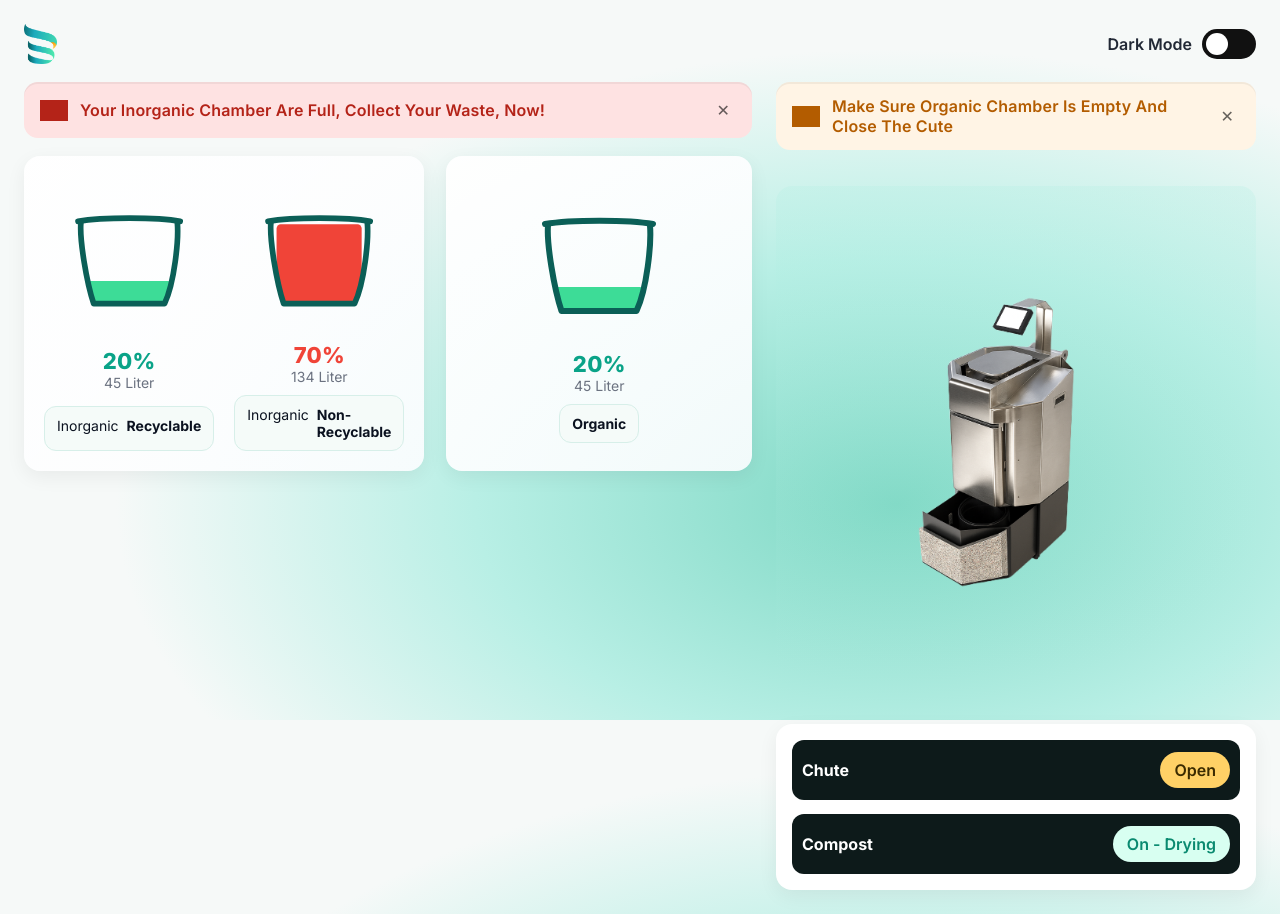
Repository: william-saputra/nusabin
Page: pages/homepage.html
The author's editor kept a copy of each file at every save. The page is drawn from the files as they stood at one save, then again after the next save.
The browser window is 1280 px wide. The pictures show the whole page.
Pictures or frames that could not be fetched are drawn as grey boxes. Backgrounds fixed to the window are drawn as part of the page.

Above is the page before, as saved 2025-08-12 22:47:13.

After the next save:
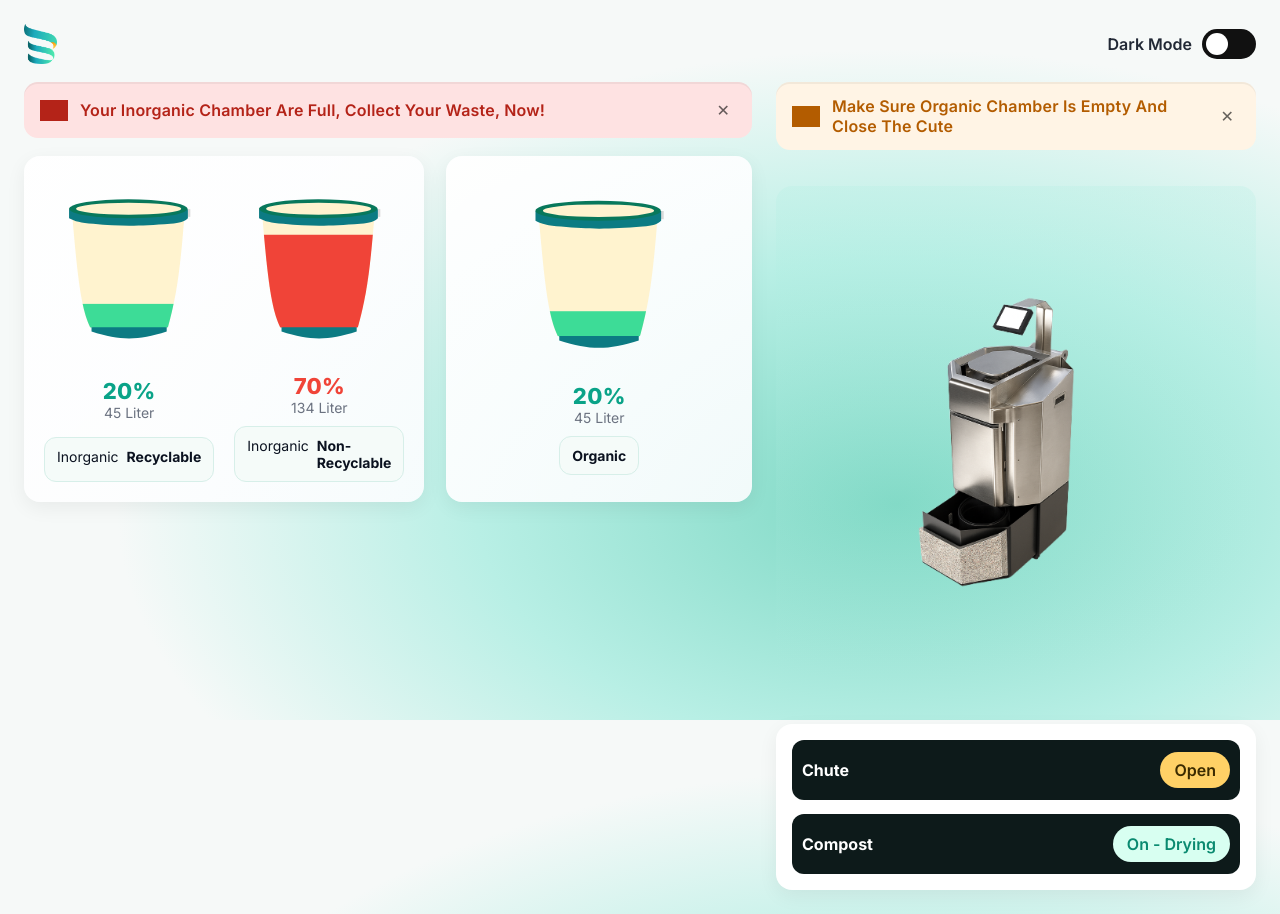
Saved 11 min 44 s later.
--- a/pages/homepage.html
+++ b/pages/homepage.html
@@ -39,18 +39,20 @@
           <div class="card card-buckets">
             <div class="bucket-group">
               <div class="bucket-item" data-id="inorganic_recyclable">
-                <svg class="bucket-svg" viewBox="0 0 240 220" aria-labelledby="title-ir" role="img">
+                <svg class="bucket-svg" viewBox="0 0 197 216" aria-labelledby="title-ir" role="img">
                   <title id="title-ir">Inorganic Recyclable</title>
                   <defs>
                     <clipPath id="cupShape-inorganic_recyclable">
-                      <path d="M52 66 C50 90 60 150 70 180 L170 180 C184 150 190 90 188 66 C160 62 120 58 52 66 Z" />
+                      <path d="M53.3367 175.048C43.8761 154.841 39.492 126.346 33.0561 49.7143L162.041 52.148C157.42 108.314 153.879 136.877 143.383 175.048C107.592 183.612 87.9058 183.201 53.3367 175.048Z" />
                     </clipPath>
                   </defs>
-                  <rect id="cupFill-inorganic_recyclable" x="60" y="180" width="120" height="0" clip-path="url(#cupShape-inorganic_recyclable)" rx="6" ry="6" />
-                  <g class="bucket-static" fill="none" stroke="#0b5f57" stroke-width="8" stroke-linecap="round" stroke-linejoin="round">
-                    <path d="M52 66 C50 90 60 150 70 180 L170 180 C184 150 190 90 188 66" />
-                    <path d="M48 64 C82 58 160 58 192 64" />
-                  </g>
+                  <path d="M53.3367 175.048C43.8761 154.841 39.492 126.346 33.0561 49.7143L162.041 52.148C157.42 108.314 153.879 136.877 143.383 175.048C107.592 183.612 87.9058 183.201 53.3367 175.048Z" fill="#FFF3CF" />
+                  <rect id="cupFill-inorganic_recyclable" x="0" y="175" width="197" height="0" clip-path="url(#cupShape-inorganic_recyclable)" />
+                  <path d="M55 179.937V175H142V179.937C107.725 190.783 88.6686 190.592 55 179.937Z" fill="#0C7B83" />
+                  <rect x="166.097" y="38.3571" width="3.2449" height="8.92347" fill="#D9D9D9" />
+                  <path d="M29 48.9031V38.3571H166.503V48.9031C162.244 52.8888 157.731 54.2809 146.222 55.3929C109.605 58.2432 89.8065 58.6723 56.9872 55.3929C42.0852 54.0832 36.1288 52.6188 29 48.9031Z" fill="#0C7B83" />
+                  <ellipse cx="97.5485" cy="37.9515" rx="68.5485" ry="10.9515" fill="#08785B" />
+                  <ellipse cx="97.9541" cy="37.9515" rx="60.8418" ry="6.89541" fill="#FFF3CF" />
                 </svg>
                 <div class="bucket-metrics">
                   <div class="percent" data-percent>0%</div>
@@ -60,18 +62,20 @@
               </div>
 
               <div class="bucket-item" data-id="inorganic_non_recyclable">
-                <svg class="bucket-svg" viewBox="0 0 240 220" aria-labelledby="title-inr" role="img">
+                <svg class="bucket-svg" viewBox="0 0 197 216" aria-labelledby="title-inr" role="img">
                   <title id="title-inr">Inorganic Non-Recyclable</title>
                   <defs>
                     <clipPath id="cupShape-inorganic_non_recyclable">
-                      <path d="M52 66 C50 90 60 150 70 180 L170 180 C184 150 190 90 188 66 C160 62 120 58 52 66 Z" />
+                      <path d="M53.3367 175.048C43.8761 154.841 39.492 126.346 33.0561 49.7143L162.041 52.148C157.42 108.314 153.879 136.877 143.383 175.048C107.592 183.612 87.9058 183.201 53.3367 175.048Z" />
                     </clipPath>
                   </defs>
-                  <rect id="cupFill-inorganic_non_recyclable" x="60" y="180" width="120" height="0" clip-path="url(#cupShape-inorganic_non_recyclable)" rx="6" ry="6" />
-                  <g class="bucket-static" fill="none" stroke="#0b5f57" stroke-width="8" stroke-linecap="round" stroke-linejoin="round">
-                    <path d="M52 66 C50 90 60 150 70 180 L170 180 C184 150 190 90 188 66" />
-                    <path d="M48 64 C82 58 160 58 192 64" />
-                  </g>
+                  <path d="M53.3367 175.048C43.8761 154.841 39.492 126.346 33.0561 49.7143L162.041 52.148C157.42 108.314 153.879 136.877 143.383 175.048C107.592 183.612 87.9058 183.201 53.3367 175.048Z" fill="#FFF3CF" />
+                  <rect id="cupFill-inorganic_non_recyclable" x="0" y="175" width="197" height="0" clip-path="url(#cupShape-inorganic_non_recyclable)" />
+                  <path d="M55 179.937V175H142V179.937C107.725 190.783 88.6686 190.592 55 179.937Z" fill="#0C7B83" />
+                  <rect x="166.097" y="38.3571" width="3.2449" height="8.92347" fill="#D9D9D9" />
+                  <path d="M29 48.9031V38.3571H166.503V48.9031C162.244 52.8888 157.731 54.2809 146.222 55.3929C109.605 58.2432 89.8065 58.6723 56.9872 55.3929C42.0852 54.0832 36.1288 52.6188 29 48.9031Z" fill="#0C7B83" />
+                  <ellipse cx="97.5485" cy="37.9515" rx="68.5485" ry="10.9515" fill="#08785B" />
+                  <ellipse cx="97.9541" cy="37.9515" rx="60.8418" ry="6.89541" fill="#FFF3CF" />
                 </svg>
                 <div class="bucket-metrics">
                   <div class="percent" data-percent>0%</div>
@@ -84,18 +88,20 @@
 
           <div class="card card-bucket-single">
             <div class="bucket-item" data-id="organic">
-              <svg class="bucket-svg" viewBox="0 0 240 220" aria-labelledby="title-org" role="img">
+              <svg class="bucket-svg" viewBox="0 0 197 216" aria-labelledby="title-org" role="img">
                 <title id="title-org">Organic</title>
                 <defs>
                   <clipPath id="cupShape-organic">
-                    <path d="M52 66 C50 90 60 150 70 180 L170 180 C184 150 190 90 188 66 C160 62 120 58 52 66 Z" />
+                    <path d="M53.3367 175.048C43.8761 154.841 39.492 126.346 33.0561 49.7143L162.041 52.148C157.42 108.314 153.879 136.877 143.383 175.048C107.592 183.612 87.9058 183.201 53.3367 175.048Z" />
                   </clipPath>
                 </defs>
-                <rect id="cupFill-organic" x="60" y="180" width="120" height="0" clip-path="url(#cupShape-organic)" rx="6" ry="6" />
-                <g class="bucket-static" fill="none" stroke="#0b5f57" stroke-width="8" stroke-linecap="round" stroke-linejoin="round">
-                  <path d="M52 66 C50 90 60 150 70 180 L170 180 C184 150 190 90 188 66" />
-                  <path d="M48 64 C82 58 160 58 192 64" />
-                </g>
+                <path d="M53.3367 175.048C43.8761 154.841 39.492 126.346 33.0561 49.7143L162.041 52.148C157.42 108.314 153.879 136.877 143.383 175.048C107.592 183.612 87.9058 183.201 53.3367 175.048Z" fill="#FFF3CF" />
+                <rect id="cupFill-organic" x="0" y="175" width="197" height="0" clip-path="url(#cupShape-organic)" />
+                <path d="M55 179.937V175H142V179.937C107.725 190.783 88.6686 190.592 55 179.937Z" fill="#0C7B83" />
+                <rect x="166.097" y="38.3571" width="3.2449" height="8.92347" fill="#D9D9D9" />
+                <path d="M29 48.9031V38.3571H166.503V48.9031C162.244 52.8888 157.731 54.2809 146.222 55.3929C109.605 58.2432 89.8065 58.6723 56.9872 55.3929C42.0852 54.0832 36.1288 52.6188 29 48.9031Z" fill="#0C7B83" />
+                <ellipse cx="97.5485" cy="37.9515" rx="68.5485" ry="10.9515" fill="#08785B" />
+                <ellipse cx="97.9541" cy="37.9515" rx="60.8418" ry="6.89541" fill="#FFF3CF" />
               </svg>
               <div class="bucket-metrics">
                 <div class="percent" data-percent>0%</div>
